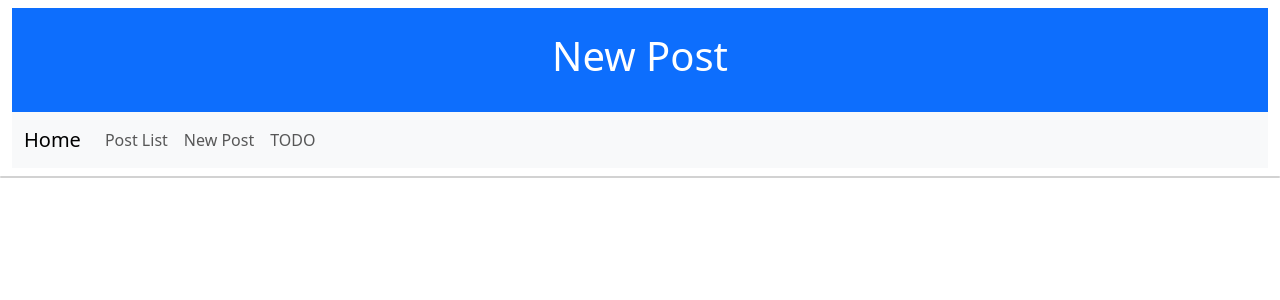
Repository: ldj0905/javaproject
Page: http://localhost/lab05_jsp/post/create
An editor plug-in stored every save of this project. The page is shown before and after a run of saves, followed by the edit.
The browser window is 1280 px wide. The pictures show the whole page.
The page is served by Tomcat 10. Other server files are loaded and not shown.

Above is the page before, as saved 2024-05-29 02:37:04.

### lab05_jsp/src/main/webapp/WEB-INF/views/post/create.jsp
<%@ page language="java" contentType="text/html; charset=UTF-8"
    pageEncoding="UTF-8" trimDirectiveWhitespaces="true"%>
<%@ taglib prefix="c" uri="jakarta.tags.core" %>
<!DOCTYPE html>
<html>
<head>
    <meta charset="UTF-8">
    <meta name="viewport" content="width=device-width, initial-scale=1">
    <title>Insert title here</title>
    <link href="https://cdn.jsdelivr.net/npm/bootstrap@5.3.3/dist/css/bootstrap.min.css"
     rel="stylesheet"
     integrity="sha384-QWTKZyjpPEjISv5WaRU9OFeRpok6YctnYmDr5pNlyT2bRjXh0JMhjY6hW+ALEwIH"
     crossorigin="anonymous">
</head>
<body>
    <div class = "container-fluid">
        <c:set var ="pageTitle" value = "New Post" scope = "page"/> <!-- 변수를 선언하겠다 ! -->
        <%@ include file = "../fragments/header.jspf" %> <!-- 헤더 jspf포함시키기 -->
    </div>
    <main>
        <div class = "mt-2 card">

        </div>
    </main>
    <script src="https://cdn.jsdelivr.net/npm/bootstrap@5.3.3/dist/js/bootstrap.bundle.min.js"
    integrity="sha384-YvpcrYf0tY3lHB60NNkmXc5s9fDVZLESaAA55NDzOxhy9GkcIdslK1eN7N6jIeHz"
    crossorigin="anonymous"></script>
</body>
</html>

### lab05_jsp/src/main/webapp/WEB-INF/views/fragments/header.jspf
<%@ page language="java" contentType="text/html; charset=UTF-8"
    pageEncoding="UTF-8" trimDirectiveWhitespaces="true"%>
<%@ taglib prefix="c" uri="jakarta.tags.core" %>

<header class="mt-2 p-4 bg-primary text-white text-center">
    <h1>${pageTitle}</h1>
</header>

<nav class="navbar navbar-expand-lg bg-body-tertiary">
    <div class="container-fluid">
        <c:url var="homePage" value="/" />
        <a class="navbar-brand" href="${homePage}">Home</a>
        <button class="navbar-toggler" type="button"
            data-bs-toggle="collapse" data-bs-target="#navbarNav"
            aria-controls="navbarNav" aria-expanded="false"
            aria-label="Toggle navigation">
            <span class="navbar-toggler-icon"></span>
        </button>
        <div class="collapse navbar-collapse" id="navbarNav">
            <ul class="navbar-nav">
                <li class="nav-item">
                    <c:url var="postListPage" value="/post/list" />
                    <a class="nav-link" href="${postListPage}">Post List</a>
                </li>
                <li class="nav-item">
                    <c:url var="newPostPage" value="/post/create" />
                    <a class="nav-link" href="${newPostPage}">New Post</a>
                </li>
                <li class="nav-item">
                    <a class="nav-link" href="#">TODO</a>
                </li>
            </ul>
        </div>
    </div>
</nav>

### lab05_jsp/src/main/java/com/itwill/lab05/web/PostCreateController.java
package com.itwill.lab05.web;

import java.io.IOException;

import org.slf4j.Logger;
import org.slf4j.LoggerFactory;

import jakarta.servlet.ServletException;
import jakarta.servlet.annotation.WebServlet;
import jakarta.servlet.http.HttpServlet;
import jakarta.servlet.http.HttpServletRequest;
import jakarta.servlet.http.HttpServletResponse;
//HttpServlet 상속받기
@WebServlet(name = "PostCreateController",urlPatterns = {"/post/create"}) // <<< 얘 왜하는건지 생각좀 해보기
public class PostCreateController extends HttpServlet{
	private static final long serialVersionUID = 1L;

	private static final Logger log = LoggerFactory.getLogger(PostCreateController.class); // 얘는 왜 쓰는거고 클래스이름은 왜넣는지


	//링크를 클릭해서 들어오는거는 GET방식임
	@Override
	protected void doGet(HttpServletRequest req, HttpServletResponse resp) throws ServletException, IOException {
		log.debug("doGet()");
		//TODO 새 글을 작성할 수있는 폼(양식)을 작성하는 뷰(JSP)로 이동 시켜주는 역할.
		//JSP로 이동시키는이유 -> 귀찮아서
		req.getRequestDispatcher("/WEB-INF/views/post/create.jsp").forward(req, resp); //주소 왜 WEB-INF 부터 ?
	}



}

After the next 2 saves:
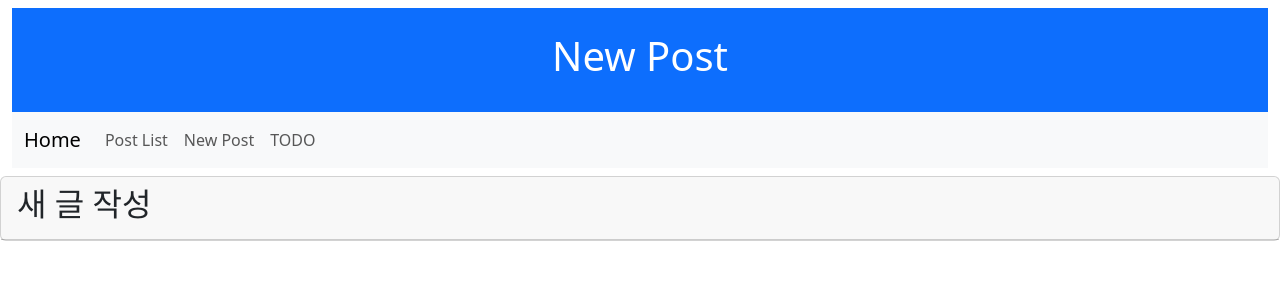
The 2 saves are shown as one change because they came seconds apart.
The last was saved 44 s later.
--- a/lab05_jsp/src/main/webapp/WEB-INF/views/post/create.jsp
+++ b/lab05_jsp/src/main/webapp/WEB-INF/views/post/create.jsp
@@ -19,7 +19,9 @@
     </div>
     <main>
         <div class = "mt-2 card">
-
+            <div class = "card-header">
+                <h2>새 글 작성</h2>
+            </div>
         </div>
     </main>
     <script src="https://cdn.jsdelivr.net/npm/bootstrap@5.3.3/dist/js/bootstrap.bundle.min.js"
